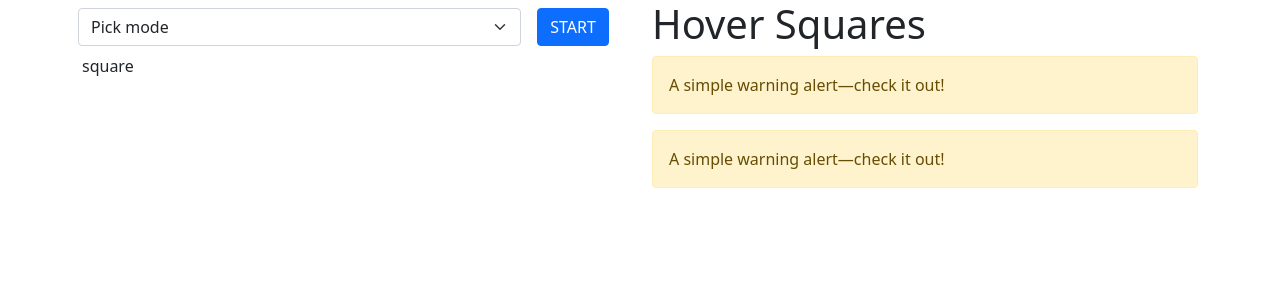
Repository: tsydikov/StarNaviTestTask
Page: /
These files come from the project's save history. The page is drawn as it stood at one moment and after the next save; the edit follows.
The browser window is 1280 px wide. The pictures show the whole page.
The project was rebuilt for these pictures with package versions that can differ from the ones it lists, and the page was loaded fresh each time.

Above is the page before, as saved 2021-08-13 10:41:08.

### public/index.html
<!DOCTYPE html>
<html lang="en">
  <head>
    <meta charset="utf-8" />
    <link rel="icon" href="%PUBLIC_URL%/favicon.ico" />
    <meta name="viewport" content="width=device-width, initial-scale=1" />
    <meta name="theme-color" content="#000000" />
    <meta
      name="description"
      content="Web site created using create-react-app"
    />
    <link rel="apple-touch-icon" href="%PUBLIC_URL%/logo192.png" />
    <!--
      manifest.json provides metadata used when your web app is installed on a
      user's mobile device or desktop. See https://developers.google.com/web/fundamentals/web-app-manifest/
    -->
    <link rel="manifest" href="%PUBLIC_URL%/manifest.json" />
    <link href="https://cdn.jsdelivr.net/npm/bootstrap@5.1.0/dist/css/bootstrap.min.css" rel="stylesheet" integrity="sha384-KyZXEAg3QhqLMpG8r+8fhAXLRk2vvoC2f3B09zVXn8CA5QIVfZOJ3BCsw2P0p/We" crossorigin="anonymous">
    <!--
      Notice the use of %PUBLIC_URL% in the tags above.
      It will be replaced with the URL of the `public` folder during the build.
      Only files inside the `public` folder can be referenced from the HTML.

      Unlike "/favicon.ico" or "favicon.ico", "%PUBLIC_URL%/favicon.ico" will
      work correctly both with client-side routing and a non-root public URL.
      Learn how to configure a non-root public URL by running `npm run build`.
    -->
    <title>React App</title>
  </head>
  <body>
    <noscript>You need to enable JavaScript to run this app.</noscript>
    <div id="root"></div>
    <!--
      This HTML file is a template.
      If you open it directly in the browser, you will see an empty page.

      You can add webfonts, meta tags, or analytics to this file.
      The build step will place the bundled scripts into the <body> tag.

      To begin the development, run `npm start` or `yarn start`.
      To create a production bundle, use `npm run build` or `yarn build`.
    -->
  </body>
</html>

### src/App.js
import React from 'react'
import './App.css'

function App() {
  return (
    <div className="container">
      <div className="row ">
        <div className="col">
          <div className="row">
            <div className="col p-2">
              <select class="form-select p" aria-label="Default select example">
                <option selected>Pick mode</option>
                <option value="1">Easy</option>
                <option value="2">Normal</option>
                <option value="3">Hard</option>
              </select>
              <button type="button" class="btn btn-primary">START</button>
            </div>
          </div>
          <div className="row">
            <div className="col">
              square
            </div>
          </div>
        </div>
        <div className="col">
          <h1>Hover Squares</h1>
          <div class="alert alert-warning" role="alert">
            A simple warning alert—check it out!
          </div>
            <div class="alert alert-warning" role="alert">
              A simple warning alert—check it out!
            </div>
        </div>
      </div>
    </div>
  );
}

export default App;

### src/App.css
.p {
    float: left;
    width: 80%;
    margin-right: 1rem;
}

Loaded but not shown: src/index.js (common file); src/reportWebVitals.js (common file)

After the next save:
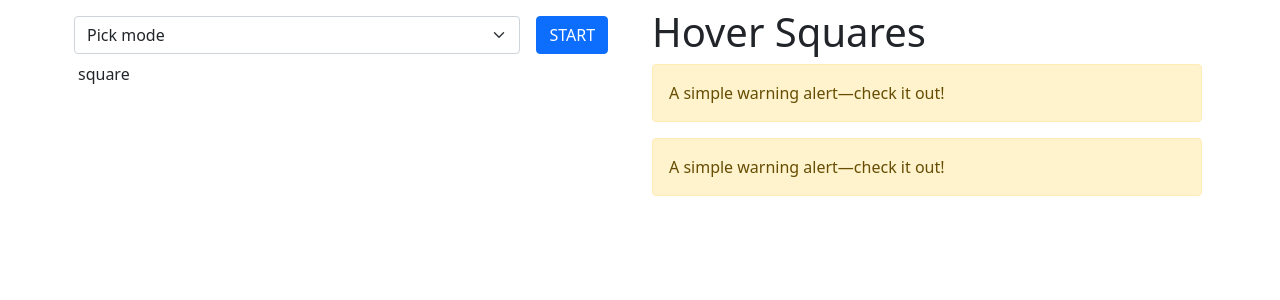
Saved 11 s later.
--- a/src/App.js
+++ b/src/App.js
@@ -3,7 +3,7 @@ import './App.css'
 
 function App() {
   return (
-    <div className="container">
+    <div className="container p-2">
       <div className="row ">
         <div className="col">
           <div className="row">
